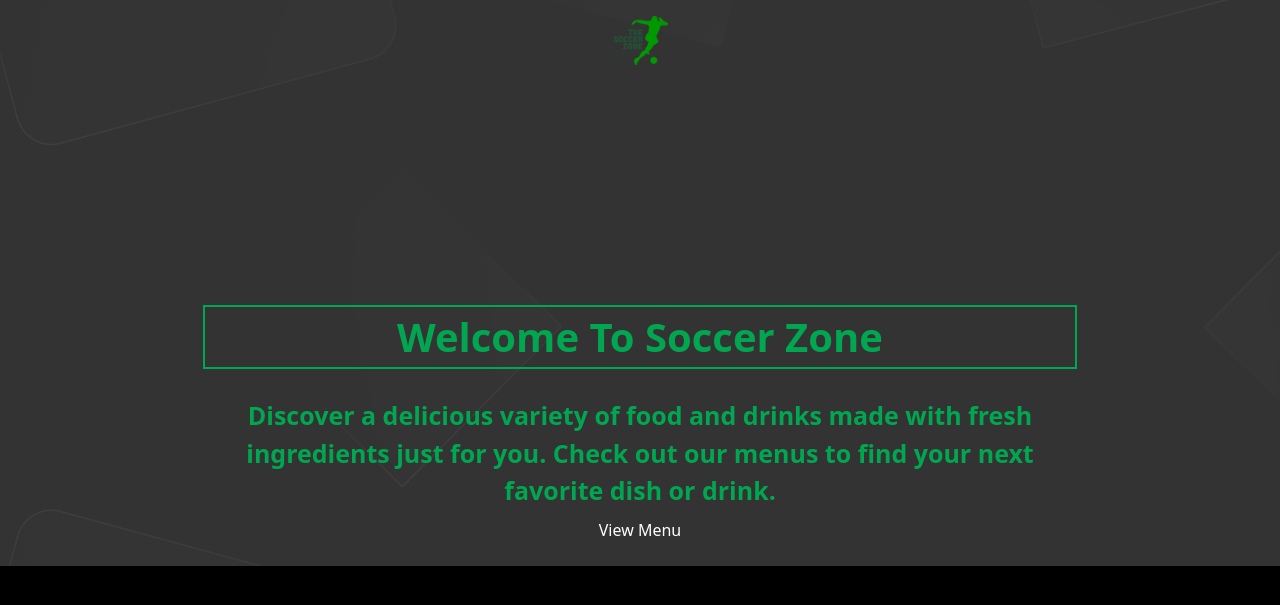
Repository: Rickyy1017/SoccerZone
Page: / (app in soccer-zone/)
The author's editor kept a copy of each file at every save. The page is drawn from the files as they stood at one save, then again after the next save.
The browser window is 1280 px wide. The pictures show the whole page.
The project was rebuilt for these pictures with package versions that can differ from the ones it lists, and the page was loaded fresh each time. Also part of the build but not shown: soccer-zone/src/pages/FoodDetails.tsx. Imported but missing from the stored project, and not drawn on this page: soccer-zone/src/pages/Menu.

Above is the page before, as saved 2025-05-10 14:39:46.

After the next save:
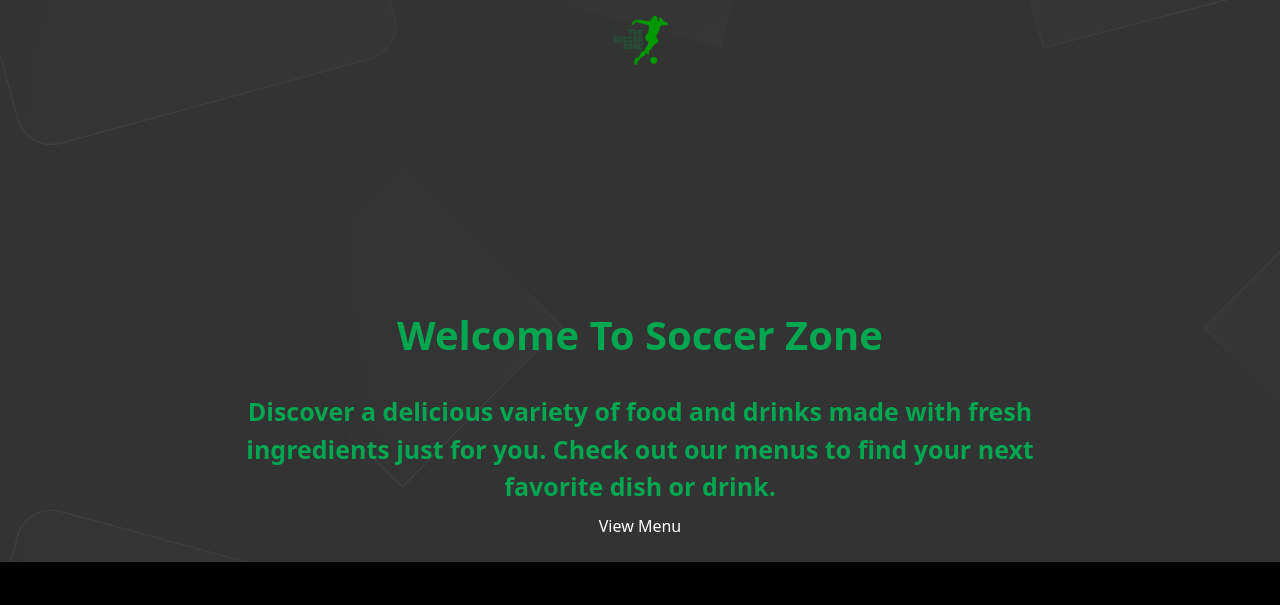
Saved 6 s later.
--- a/soccer-zone/src/pages/Home.tsx
+++ b/soccer-zone/src/pages/Home.tsx
@@ -17,7 +17,7 @@
         </div>
 
         <div className="text-center text-primary max-w-[70%]">
-          <h1 className="  font-semibold text-[40px] border-2 mb-7 ">
+          <h1 className="  font-semibold text-[40px] mb-7 ">
             Welcome To Soccer Zone
           </h1>
           <p className="font-semibold text-[25px]">
